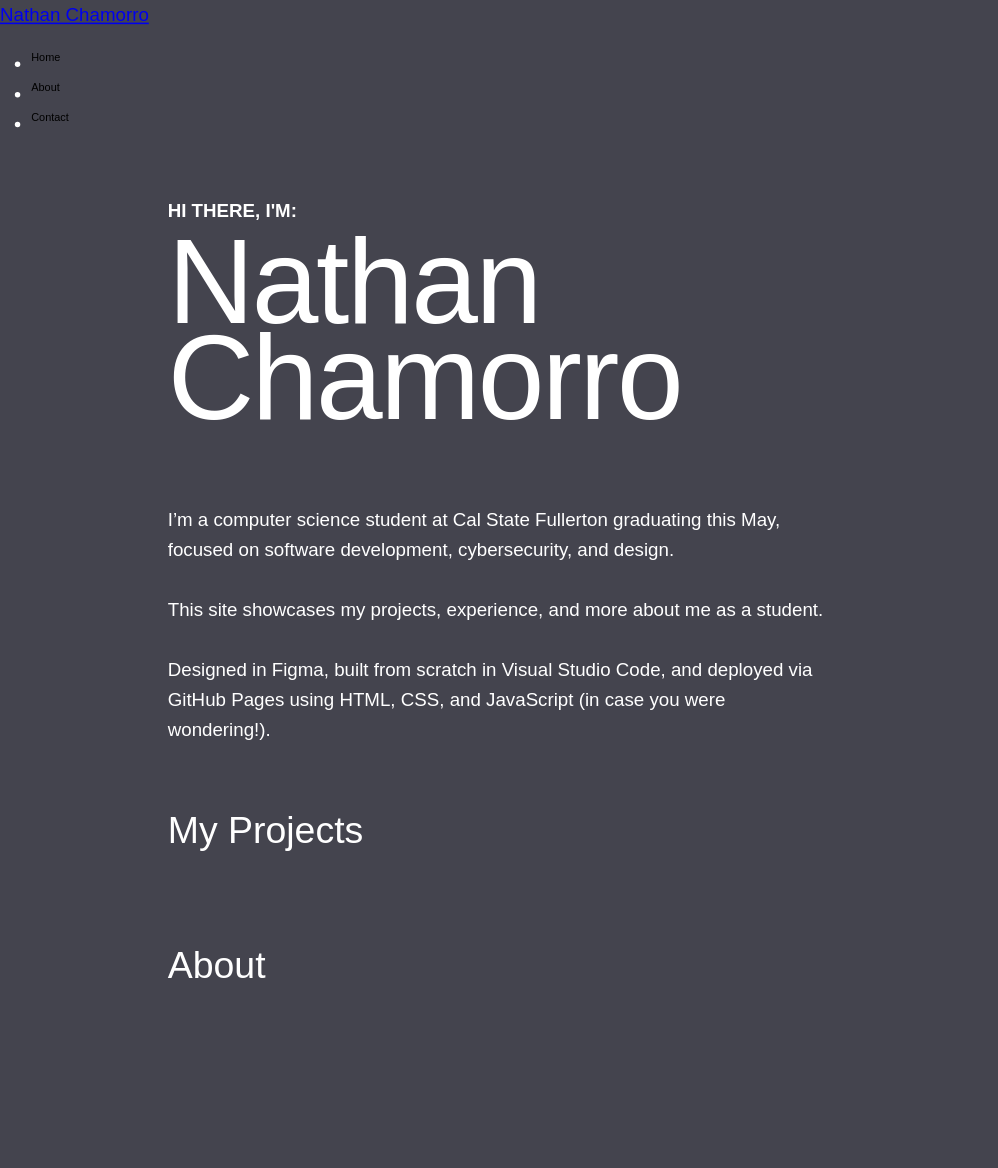
Repository: nathanchamorro1/nathanchamorro1.github.io
Page: index.html
The author's editor kept a copy of each file at every save. The page is drawn from the files as they stood at one save, then again after the next save.
The browser window is 1280 px wide. The pictures show the whole page, at 78% of full size.
Some web fonts or font styles are not loaded; a fallback is used.

Above is the page before, as saved 2026-02-17 21:22:05.

### index.html
<!DOCTYPE html>
<html lang="en">

<head>
<meta charset="UTF-8">
<meta name="viewport" content = "width=device-width,initial-scale=1">
<title>Nathan Chamorro's Portfolio</title>
<link rel = "icon" type = "image/x-icon" href = "/assets/snoopy-favicon.ico">
<link rel="stylesheet" href="https://use.typekit.net/lhh1weh.css">
<link rel="stylesheet" href="css/style.css">
</head>
<body>

<div class="layout">
  <nav class="sidebar">
    <a href="#home" class="nav-logo">Nathan Chamorro</a>
    <ul>
      <li><a href="#home" class="nav-link">Home</a></li>
      <li><a href="#about" class="nav-link">About</a></li>
      <li><a href="#contact" class="nav-link">Contact</a></li>
      </ul>
      </nav>

  <main class="content">
    <div class="content-wrapper">
  <section class="hero">
    <h2 class="reveal">HI THERE, I'M:</h2>
    <h1 class="reveal">Nathan Chamorro</h1>
  </section>
      <p class="reveal">
        <br>I’m a computer science student at Cal State Fullerton graduating this May, focused on software development, cybersecurity, and design. <br>
        <br>This site showcases my projects, experience, and more about me as a student.<br>
        <br>Designed in Figma, built from scratch in Visual Studio Code, and deployed via GitHub Pages using HTML, CSS, and JavaScript (in case you were wondering!). <br>
      </p>
    </div>

        <section id="projects" class="content-wrapper">
      <h3 class="reveal">My Projects</h3>
    </section>

    <section id="about" class="content-wrapper">
      <h3 class="reveal">About</h3>
    </section>

    <section id="contact" class="content-wrapper">
      <h3 class="reveal">Contact</h3>
    </section>
  </main>
</div>
<script src = "js/script.js"></script>

### css/style.css
body {
  background-color: #44444E;
  color: white;
  margin: 0;
  font-family: museo-sans, sans-serif;
  font-weight: 300;
  font-style: normal;
  font-variation-settings: "slnt" 0, "wght" 400;
  line-height: 1.6;
  font-size: 1.5rem;
}

.content-wrapper {
  max-width: 850px;
  margin: 0 auto;
  padding: 0 40px;
  display: flex;
  flex-direction: column;
  gap: 40px;
  text-align: left;
}

.hero {
    min-height: auto;
    display: flex;
    align-items: flex-start;
    flex-direction: column;
    justify-content: flex-start;
    padding-top: 30px;
    padding-bottom: 0;
    text-align: left;
}

h1 {
    color: white;
    font-family: "instrument-serif", sans-serif;
    font-size: clamp(4.5rem, 12vw, 14rem);
    font-weight: 400;
    font-variation-settings: "wght" 400;
    line-height: 0.8;
    margin: 0;
    letter-spacing: -0.02em;
}

h2 {
    color: white;
    font-family: "museo-sans", sans-serif;
    font-weight: 900;
    font-variation-settings: "wght" 400;
    font-size: 1.5rem;
    opacity: 0.8;
    margin-bottom: 10px;
}

h3 {
    color: white;
    font-family: "instrument-serif", sans-serif;
    font-weight: 400;
    font-variation-settings: "wght" 400;
    font-size: 3rem;
    opacity: 0.8;
    align-self: flex-start;
    text-align: left;
    width: 100%;
}

.reveal {
    opacity: 0;
    transform: translateY(20px);
    transition: opacity 0.7s ease, transform 0.7s ease;
}

.reveal-visible {
    opacity: 1;
    transform: translateY(0);
}

.navbar {
    position: fixed;
    top: 0;
    width: 100%;
    background: white;
    box-shadow: 0 2px 10px rgba(0,0,0,0.05);
    z-index: 1000;
}

.nav-container {
    max-width: 1000px;
    margin: 0 auto;
    display: flex;
    justify-content: space-between;
    align-items: center;
    padding: 15px 20px;
    position: fixed;
}

.nav-menu {
    list-style: none;
    display: flex;
    gap: 25px;
    margin: 0;
    padding: 0;
    position: fixed;
}

.nav-link {
    text-decoration: none;
    color: black;
    font-size: 14px;
    position: relative;
    position: fixed;
}

.nav-link:hover {
    opacity: 0.6;
}

.top-level-margin-hero {
    margin-bottom: 200px;
}

### js/script.js
const reveals = document.querySelectorAll(".reveal");

function revealOnScroll() {
  const windowHeight = window.innerHeight;

  reveals.forEach(el => {
    const elementTop = el.getBoundingClientRect().top;

    if (elementTop < windowHeight - 200) {
      el.classList.add("reveal-visible");
    }
  });
}

window.addEventListener("scroll", revealOnScroll);
revealOnScroll();

After the next save:
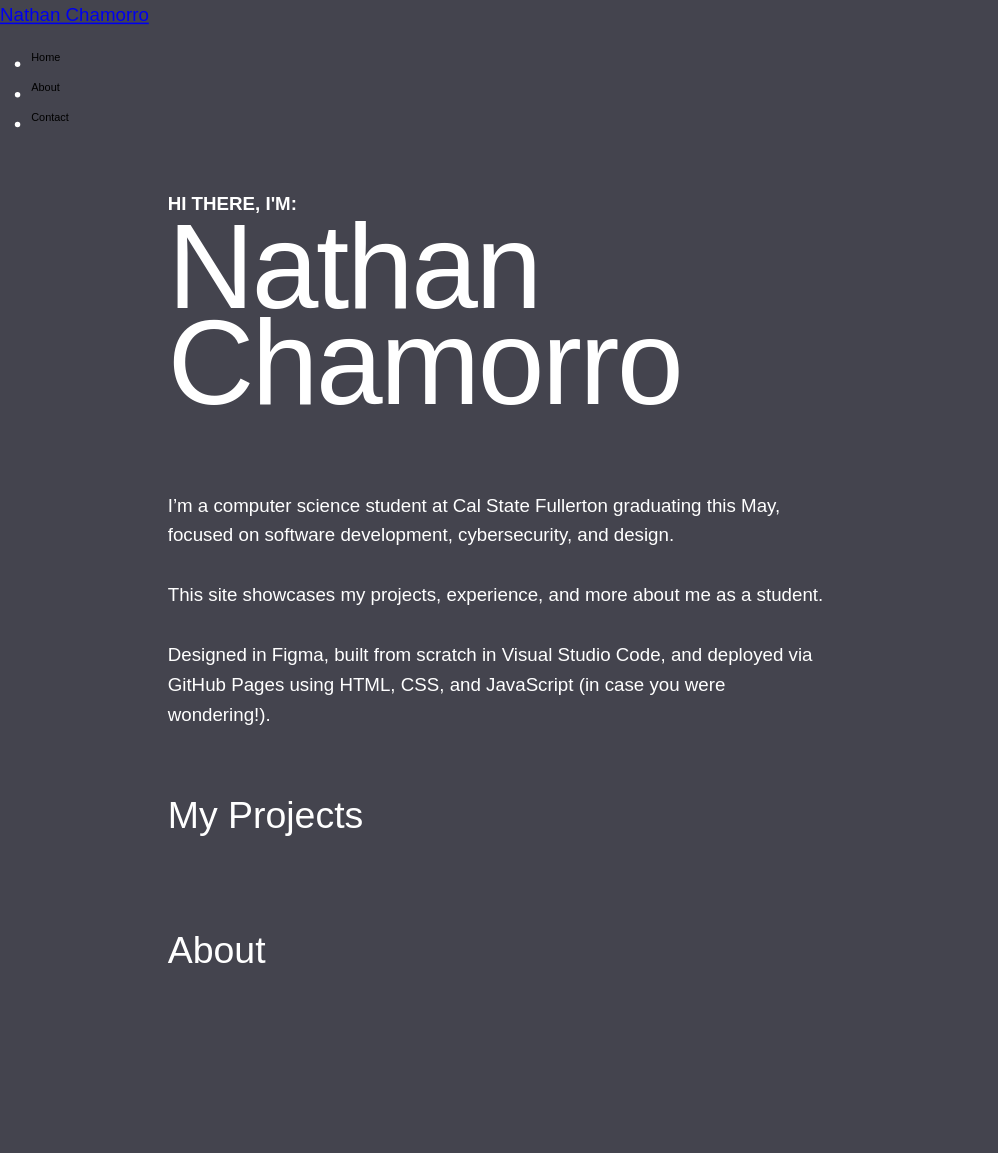
Saved 20 s later.
--- a/css/style.css
+++ b/css/style.css
@@ -50,6 +50,7 @@ h2 {
     font-size: 1.5rem;
     opacity: 0.8;
     margin-bottom: 10px;
+    line-height: 0.8;
 }
 
 h3 {
